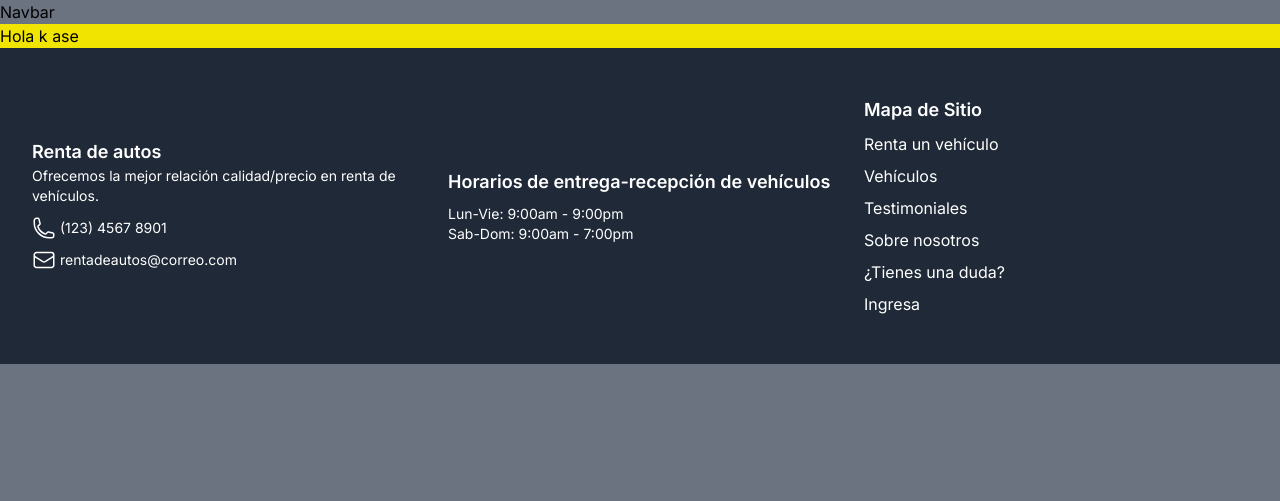
Repository: aldovelacasas/PF_RentCar2
Page: /
An editor plug-in stored every save of this project. The page is shown before and after the next save, followed by the edit.
The browser window is 1280 px wide. The pictures show the whole page.
The project was rebuilt for these pictures with package versions that can differ from the ones it lists, and the page was loaded fresh each time. The framework's server and built-in components were replaced by stand-ins that run in the browser. Also part of the build but not shown: next.config.js.

Above is the page before, as saved 2023-08-30 07:53:37.

### src/app/layout.jsx
import "./globals.css";
import { Inter } from "next/font/google";
import Footer from "@/components/footer";

const inter = Inter({ subsets: ["latin"] });

export const metadata = {
  title: "Create Next App",
  description: "Generated by create next app",
};

export default function RootLayout({ children }) {
  return (
    <html lang="en">
      <body className={inter.className}>
        <h1>Navbar</h1>
        <div className="">{children}</div>
        <Footer />
      </body>
    </html>
  );
}

### src/app/page.jsx
function HomePage() {
  return (
    <div className="bg-amarillo_status">
      <p>Hola k ase</p>
    </div>
  );
}

export default HomePage;

### src/app/globals.css
@tailwind base;
@tailwind components;
@tailwind utilities;

body {
   @apply bg-gray-500; /* Fondo más claro */
   color: gray-800; /* Texto oscuro */
}

### src/components/footer.jsx
"use client";
import Link from "next/link";

function Footer() {
  return (
    <div className="bg-gray-800 text-white py-8 flex flex-col sm:flex-row justify-between items-center p-4 font-poppins">
      <div className="sm:w-1/3 p-4">
        <h3 className="text-lg font-semibold">Renta de autos</h3>
        <p className="text-sm">
          Ofrecemos la mejor relación calidad/precio en renta de vehículos.
        </p>
        <div className="flex items-center text-sm mt-2">
          <svg
            xmlns="http://www.w3.org/2000/svg"
            fill="none"
            viewBox="0 0 24 24"
            strokeWidth={1.5}
            stroke="currentColor"
            className="w-6 h-6">
            <path
              strokeLinecap="round"
              strokeLinejoin="round"
              d="M2.25 6.75c0 8.284 6.716 15 15 15h2.25a2.25 2.25 0 002.25-2.25v-1.372c0-.516-.351-.966-.852-1.091l-4.423-1.106c-.44-.11-.902.055-1.173.417l-.97 1.293c-.282.376-.769.542-1.21.38a12.035 12.035 0 01-7.143-7.143c-.162-.441.004-.928.38-1.21l1.293-.97c.363-.271.527-.734.417-1.173L6.963 3.102a1.125 1.125 0 00-1.091-.852H4.5A2.25 2.25 0 002.25 4.5v2.25z"
            />
          </svg>

          <span className="m-1">(123) 4567 8901</span>
        </div>
        <div className="flex items-center text-sm mt-1">
          <svg
            xmlns="http://www.w3.org/2000/svg"
            fill="none"
            viewBox="0 0 24 24"
            strokeWidth={1.5}
            stroke="currentColor"
            className="w-6 h-6">
            <path
              strokeLinecap="round"
              strokeLinejoin="round"
              d="M21.75 6.75v10.5a2.25 2.25 0 01-2.25 2.25h-15a2.25 2.25 0 01-2.25-2.25V6.75m19.5 0A2.25 2.25 0 0019.5 4.5h-15a2.25 2.25 0 00-2.25 2.25m19.5 0v.243a2.25 2.25 0 01-1.07 1.916l-7.5 4.615a2.25 2.25 0 01-2.36 0L3.32 8.91a2.25 2.25 0 01-1.07-1.916V6.75"
            />
          </svg>

          <span className="m-1"> rentadeautos@correo.com</span>
        </div>
      </div>
      <div className="sm:w-1/3 p-4 mt-4 sm:mt-0">
        <h4 className="text-lg font-semibold">
          Horarios de entrega-recepción de vehículos
        </h4>
        <p className="text-sm mt-2">
          Lun-Vie: 9:00am - 9:00pm
          <br />
          Sab-Dom: 9:00am - 7:00pm
        </p>
      </div>
      <div className="sm:w-1/3 p-4 mt-4 sm:mt-0 w-full">
        <h2 className="text-lg font-semibold">Mapa de Sitio</h2>
        <ul className="mt-2 space-y-2 sm:ml-0 sm:pl-0">
          <li>
            <Link href="/rent">Renta un vehículo</Link>
          </li>
          <li>
            <Link href="/cars">Vehículos</Link>
          </li>
          <li>
            <Link href="/testimoniales">Testimoniales</Link>
          </li>
          <li>
            <Link href="/about">Sobre nosotros</Link>
          </li>
          <li>
            <Link href="/contact">¿Tienes una duda?</Link>
          </li>
          <li>
            <Link href="/signin">Ingresa</Link>
          </li>
        </ul>
      </div>
    </div>
  );
}

export default Footer;

### tailwind.config.js
/** @type {import('tailwindcss').Config} */
module.exports = {
  content: [
    "./src/pages/**/*.{js,ts,jsx,tsx,mdx}",
    "./src/components/**/*.{js,ts,jsx,tsx,mdx}",
    "./src/app/**/*.{js,ts,jsx,tsx,mdx}",
  ],
  theme: {
    extend: {
      backgroundImage: {
        "gradient-radial": "radial-gradient(var(--tw-gradient-stops))",
        "gradient-conic":
          "conic-gradient(from 180deg at 50% 50%, var(--tw-gradient-stops))",
      },
      colors: {
        gris_fondo: "#dbdbdb",
        gris_frente: "#e9e9e9",
        negro_fondo: "#282828",
        naranja_enf: "#ea4f39",
        rojo_status: "#e30613",
        verde_status: "#4aaf4d",
        amarillo_status: "#f0e400",
      },
    },
  },
  plugins: [],
};

### src/components/NavBar/Navbar.jsx
"use client";

import Link from "next/link";
// import Image from "next/image";
import React, { useState } from "react";
// import Logo from "./Logo";
import NavItem from "./NavItem";
import "./nav.css";

const MENU_LIST = [
  { text: "Home", href: "/" },
  { text: "About", href: "/about" },
  { text: "Vehiculos", href: "/" },
  { text: "Testimoniales", href: "/" },
  { text: "Contáctanos", href: "/" },
  { text: "Ingresar", href: "/" },
];
const Navbar = () => {
  const [navActive, setNavActive] = useState(null);
  const [activeIdx, setActiveIdx] = useState(-1);

  return (
    <header>
      <nav className={`nav`}>
        <div className="boxLogo">
          <Link href="/about">
            <h1 className="logo">LOGO</h1>
          </Link>
          <div className="HomeLogo">
            <Link href="/">
              <span className="nav__item">Home</span>
            </Link>
          </div>
        </div>

        <div
          onClick={() => setNavActive(!navActive)}
          className={`nav__menu-bar`}>
          <div></div>
          <div></div>
          <div></div>
        </div>
        <div className={`${navActive ? "active" : ""} nav__menu-list`}>
          {MENU_LIST.map((menu, idx) => (
            <div
              onClick={() => {
                setActiveIdx(idx);
                setNavActive(false);
              }}
              key={menu.text}
              className={menu.text === "Home" ? "HomeMenu" : ""}>
              <NavItem
                active={activeIdx === idx}
                className={menu.text === "Home" ? "HomeMenu" : ""}
                {...menu}
              />
            </div>
          ))}
        </div>
      </nav>
    </header>
  );
};

export default Navbar;

### src/components/NavBar/NavItem.jsx
import Link from "next/link";
const NavItem = ({ text, href, active }) => {
  const className =
    text === "Home"
      ? "nav__item HomeMenu"
      : `nav__item ${active ? "active" : ""}`;
  return (
    <Link href={href}>
      <span className={className}>{text}</span>
    </Link>
  );
};

export default NavItem;

### src/components/NavBar/nav.css
@import url("https://fonts.googleapis.com/css2?family=Work+Sans:wght@400;500;700&display=swap");
@import url("https://fonts.googleapis.com/css2?family=Rubik:wght@500&display=swap");
* {
  margin: 0;
  padding: 0;
  outline: none;
  box-sizing: border-box;
  font-family: "Work Sans", sans-serif;
}
a {
  text-decoration: none;
  color: inherit;
}
header {
  position: sticky;
  z-index: 30;
  top: 0;
}
nav {
  font-family: "Rubik", sans-serif;
  display: flex;
  padding: 16px;
  justify-content: space-between;
  align-items: center;
  background-color: #dbdbdb;
  color: #282828;
  padding: 10% 10% 5% 6%;
}

.logo {
  background-color: #282828;
  color: #e9e9e9;
  width: 80px;
  text-align: center;
  padding: 1rem;
  font-size: 1rem;
}

.nav__menu-bar {
  display: flex;
  flex-direction: column;
  row-gap: 6px;
  cursor: pointer;
}
.nav__menu-bar div {
  width: 40px;
  height: 4px;
  background-color: #282828;
  margin-right: 1rem;
  border-radius: 2px;
}
.nav__menu-list {
  display: flex;
  flex-direction: column;
  position: fixed;
  top: 53px;
  width: 180px;
  row-gap: 24px;
  right: -300px;
  padding: 24px 16px;
  margin-top: 0.9rem;
  transition: all 0.2s;
  min-height: calc(100vh - 60px);
  font-size: 1.4rem;
  background-color: #f1f1f1;
}
.nav__menu-list.active {
  right: 0;
  top: 53px;
}
.nav__menu-list span {
  font-weight: 600;
  transition: all 0.3s;
}

.nav__menu-list span:hover {
  /* font-weight: bold; */
  color: #ea4f39;
}
.boxLogo {
  display: flex;
  align-items: center;
  gap: 1rem;
}

.HomeLogo {
  font-size: 1.5rem;
  font-weight: 600;
  transition: 0.3s;
}

.HomeLogo:hover {
  color: #ea4f39;
}
.center {
  min-height: 600px;
  display: flex;
  justify-content: center;
  align-items: center;
}

.HomeMenu {
  display: none;
}

@media screen and (min-width: 1100px) {
  nav {
    padding: 1% 10% 1% 10%;
  }
  .HomeMenu {
    display: block;
  }
  .nav__menu-list {
    background-color: #dbdbdb;
  }
  .HomeLogo {
    display: none;
    font-size: 2rem;
  }
  .logo {
    background-color: #282828;
    color: #e9e9e9;
    width: 150px;
    text-align: center;
    padding: 1.5rem;
    font-size: 1.5rem;
  }
  .nav__menu-bar {
    display: none;
  }
  .nav__menu-list {
    position: unset;

    flex-direction: row;
    min-height: fit-content;
    width: fit-content;
    column-gap: 24px;
    align-items: center;
  }
  .nav__link::before {
    content: "";
    position: absolute;
    width: 0%;
    height: 6px;
    bottom: -16px;
    left: 0;
    background-color: black;

    transition: all 0.2s;
  }

  .nav__link:hover:before {
    width: 100%;
  }
}

After the next save:
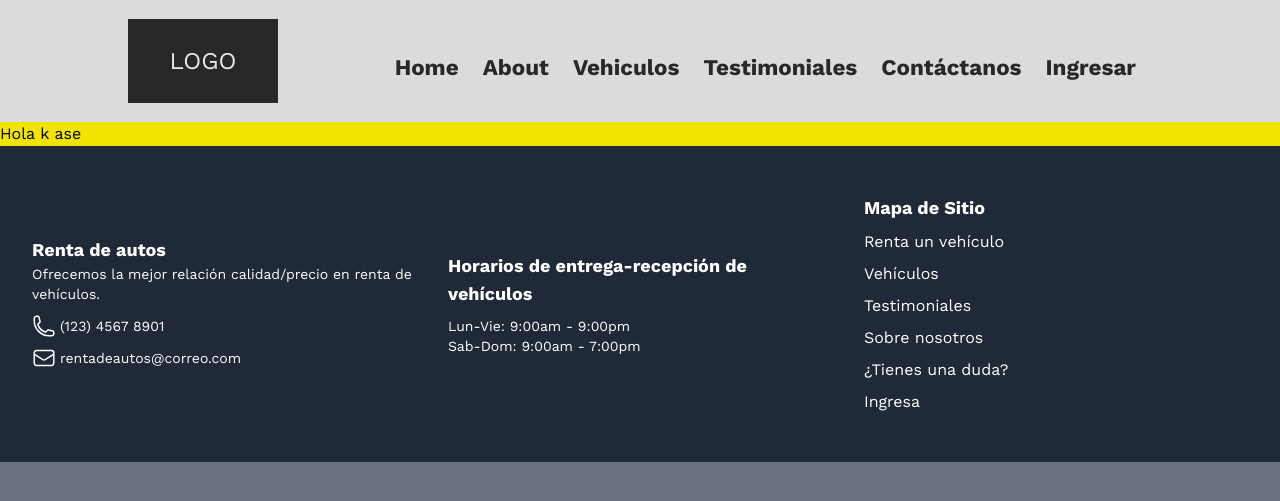
Saved 31 s later.
--- a/src/app/layout.jsx
+++ b/src/app/layout.jsx
@@ -1,4 +1,5 @@
 import "./globals.css";
+import Navbar from "@/components/Navbar/Navbar";
 import { Inter } from "next/font/google";
 import Footer from "@/components/footer";
 
@@ -13,7 +14,7 @@ export default function RootLayout({ children }) {
   return (
     <html lang="en">
       <body className={inter.className}>
-        <h1>Navbar</h1>
+        <Navbar />
         <div className="">{children}</div>
         <Footer />
       </body>
